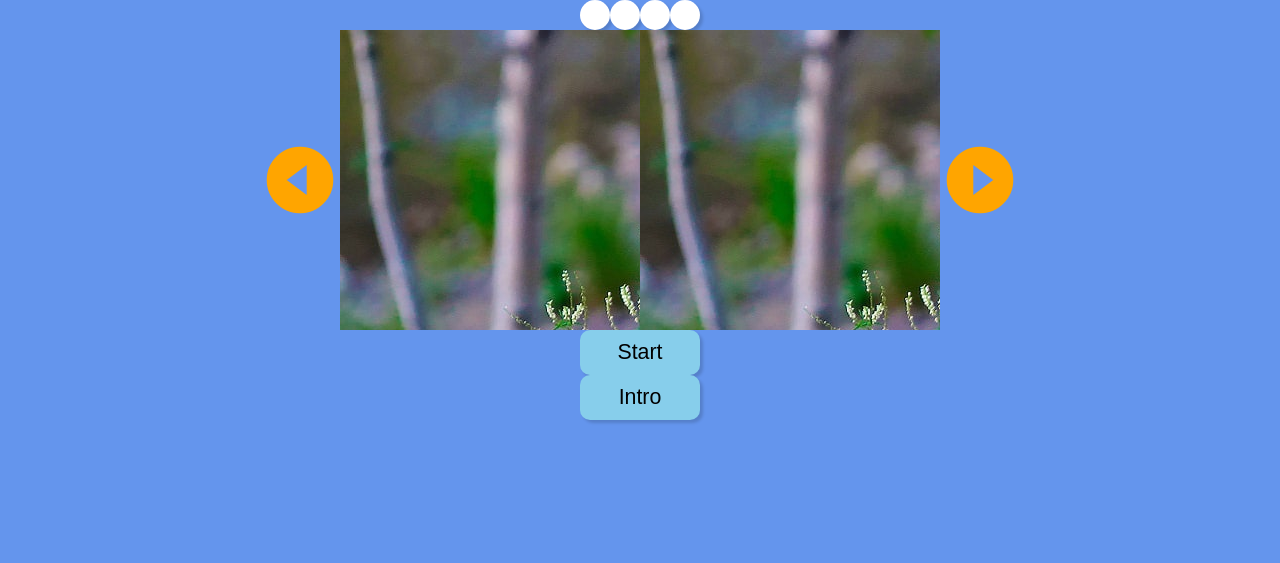
Repository: sylviaah/dynamicmidterm
Page: slider/slider.html
An editor plug-in stored every save of this project. The page is shown before and after the next save, followed by the edit.
The browser window is 1280 px wide. The pictures show the whole page.

Above is the page before, as saved 2020-03-13 12:40:59.

### slider/slider.html
<!DOCTYPE html>
<html>
    <html>
        <title>Slider</title>
        <link rel="stylesheet" href="slider.css">
        <link href="https://fonts.googleapis.com/icon?family=Material+Icons" rel="stylesheet">
    </html>
    <body>
        <div class="slider">
            <div class="slider_progress">
                <div class="progress 25"></div>
                <div class="progress 50"></div>
                <div class="progress 75"></div>
                <div class="progress 100"></div>
            </div>
            <div class="slider_slider">
                <i class="material-icons arrow_left" onclick="previous()">play_circle_filled</i>
                <div class="image_div 1">
                    <img class="instructions_image" src="imgs/img1.jpg" alt="">
                </div>
                <div class="image_div 2">
                    <img class="instructions_image" src="imgs/img1.jpg" alt="">
                </div>
                <i class="material-icons arrow_right" onclick="next()">play_circle_filled</i>
            </div>
            <div class="slider_menu">
                <div class="menu_start">Start</div>
                <div class="menu_intro">Intro</div>
            </div>
        </div>
        <script src="slider.js"></script>
    </body>
</html>

### slider/slider.css
body,html {
    margin: 0;
    background-color: cornflowerblue;
}

.slider{
    position: fixed;
    width: 100vw;
    height: 100vh;
    display: flex;
    flex-direction: column;
    align-items: center;
}

.slider_progress{
    display: flex;
}

.slider_progress div{
    width: 30px;
    height: 30px;
    background-color: white;
    border-radius: 50%;
    box-shadow: 3px 3px 3px rgb(0, 0, 0, 0.15);
}

.slider_slider{
    display: flex;
    align-items: center;
    justify-content: space-around;
}

.material-icons.arrow_left {
    /* visibility: hidden; */
    transform: rotate(180deg);
    font-size: 80px;
    color: orange;
}

.material-icons.arrow_right {
    visibility: visible;
    color: orange;
    font-size: 80px;
}

.image_div{
    width:300px;
    height: 300px;
    overflow: hidden;
}

.menu_start, .menu_intro{
    display: flex;
    width: 100px;
    justify-content: center;
    border-radius: 10px;
    padding: 10px 10px;
    background-color:skyblue;
    font-size: 16pt;
    font-family: Arial, Helvetica, sans-serif;
    box-shadow: 3px 3px 3px rgb(0, 0, 0, 0.15);
}

Loaded but not shown: slider/slider.js (no stored copy; drawn as an empty file)

After the next save:
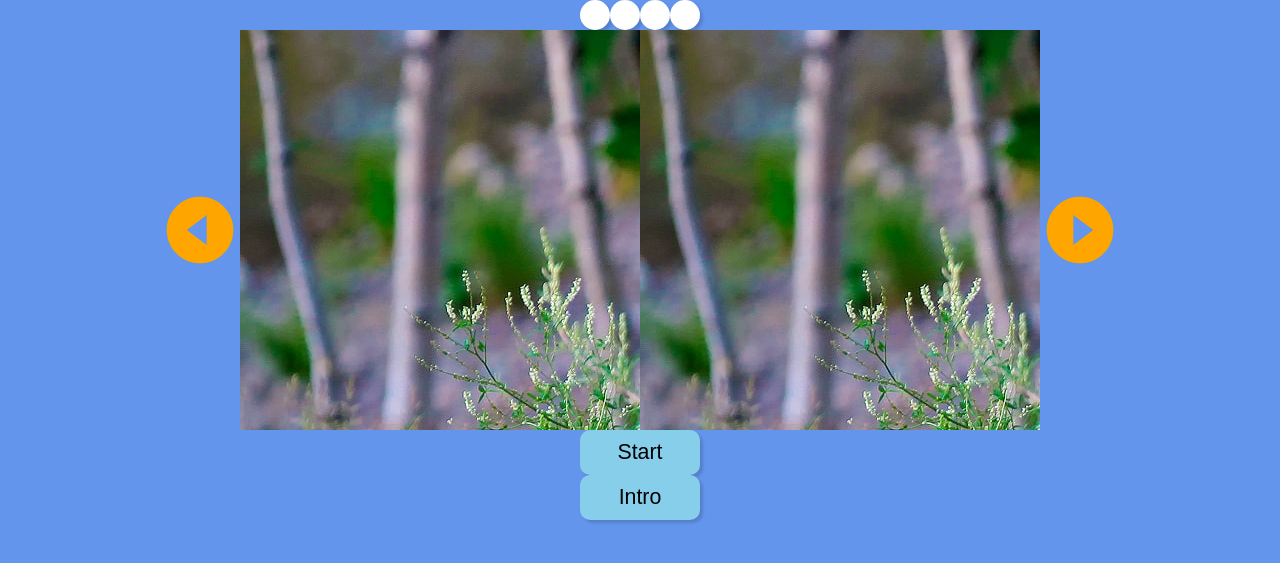
Saved 11 s later.
--- a/slider/slider.css
+++ b/slider/slider.css
@@ -44,8 +44,8 @@ body,html {
 }
 
 .image_div{
-    width:300px;
-    height: 300px;
+    width: 400px;
+    height: 400px;
     overflow: hidden;
 }
 
